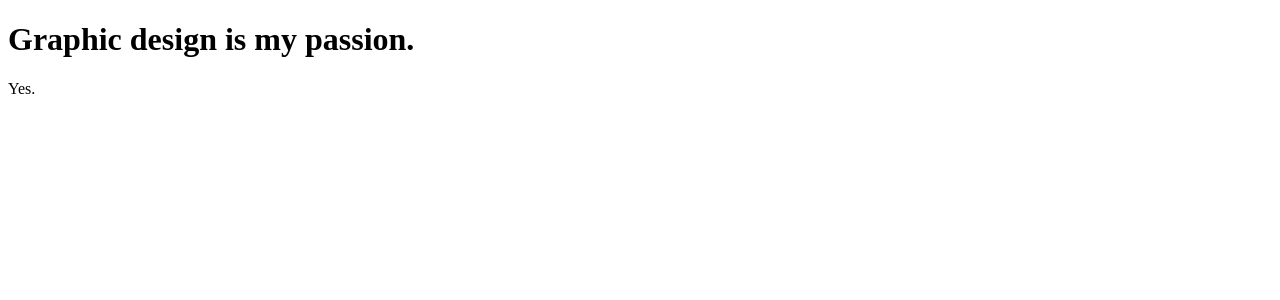
Repository: MasonSingleterry/MasonSingleterry.github.io
Page: index.html
The author's editor kept a record of every edit. The page is drawn from the files as they stood at one moment, then again after the next edit.
The browser window is 1280 px wide. The pictures show the whole page.

Above is the page before.

### index.html
<!DOCTYPE html>
<html>
    <head>
        <title>Page Title</title>
    </head>
    <body>
        <h1>Graphic design is my passion.</h1>
        <p>Yes.</p>
    </body>
</html>

After the next edit:
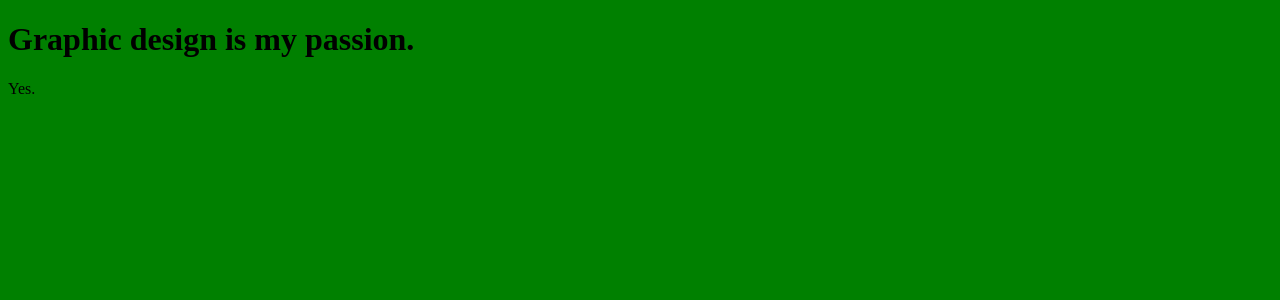
The edit:
--- a/index.html
+++ b/index.html
@@ -1,7 +1,12 @@
 <!DOCTYPE html>
 <html>
     <head>
-        <title>Page Title</title>
+        <title>This is a Web Page!</title>
+        <style>
+            body {
+                background-color: green;
+            }
+        </style>
     </head>
     <body>
         <h1>Graphic design is my passion.</h1>
